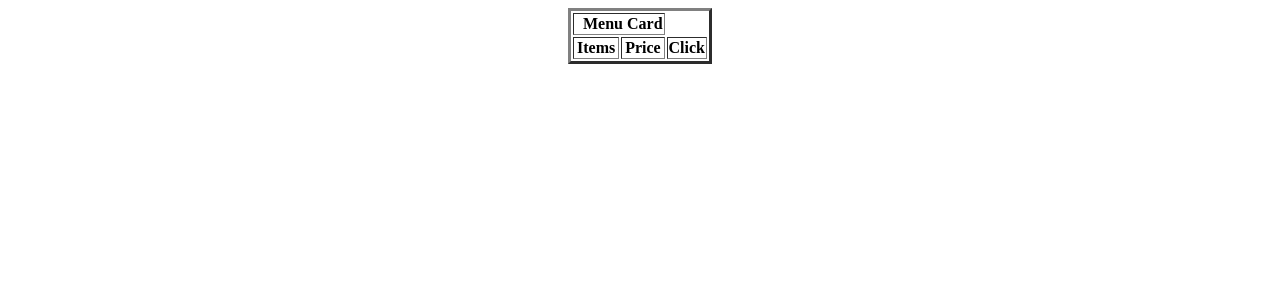
Repository: PersonalGithub26/Infinite-Training
Page: Day10/SwiggyProject/src/Swiggy.html
The author's editor kept a copy of each file at every save. The page is drawn from the files as they stood at one save, then again after the next save.
The browser window is 1280 px wide. The pictures show the whole page.

Above is the page before, as saved 2022-12-29 15:19:03.

### Day10/SwiggyProject/src/Swiggy.html
<!DOCTYPE html>
<html>
<head>
<meta charset="ISO-8859-1">
<title>Insert title here</title>
</head>
<body>

	<form name="SwiggyForm">
		<table border="3" align="center">
		<tr>
			<th colspan="2" align="center">&nbsp;&nbsp;Menu Card</th>
		</tr>
		<tr>
			<th>Items</th>
			<th>Price</th>
			<th>Click</th>
		</tr>
		</table>

	</form>

</body>
</html>

After the next save:
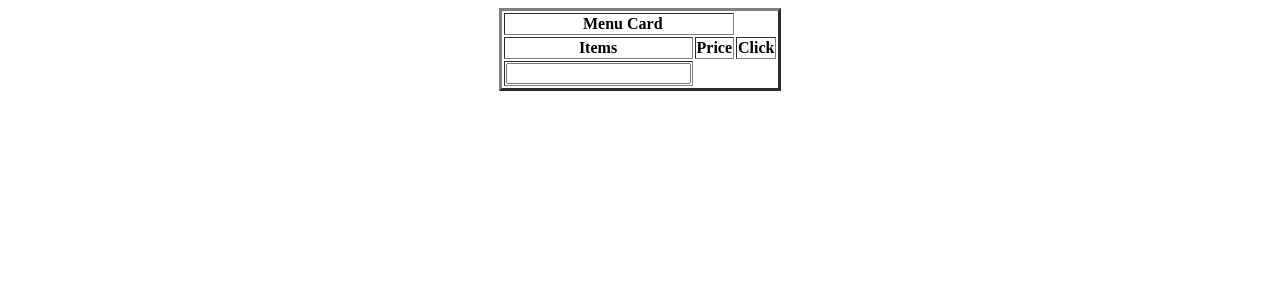
Console error: ReferenceError: tems is not defined
Saved 10 min 37 s later.
--- a/Day10/SwiggyProject/src/Swiggy.html
+++ b/Day10/SwiggyProject/src/Swiggy.html
@@ -1,6 +1,11 @@
 <!DOCTYPE html>
 <html>
 <head>
+<script>
+		var items = ["Idly", "Dosa", "wada", "Puri", "Chapathi", "Bonda"]
+
+	</script>
+
 <meta charset="ISO-8859-1">
 <title>Insert title here</title>
 </head>
@@ -8,14 +13,25 @@
 
 	<form name="SwiggyForm">
 		<table border="3" align="center">
-		<tr>
-			<th colspan="2" align="center">&nbsp;&nbsp;Menu Card</th>
-		</tr>
-		<tr>
-			<th>Items</th>
-			<th>Price</th>
-			<th>Click</th>
-		</tr>
+			<tr>
+				<th colspan="2" align="center">&nbsp;&nbsp;Menu Card</th>
+			</tr>
+			<tr>
+				<th>Items</th>
+				<th>Price</th>
+				<th>Click</th>
+			</tr>
+			<tr>
+				<td>
+					<input type="text" >
+
+						<script>
+                            for (i = 0; i < items.length; i++) {
+                                document.write( tems[i]);
+                            }
+                        </script>
+				</td>
+			</tr>
 		</table>
 
 	</form>
